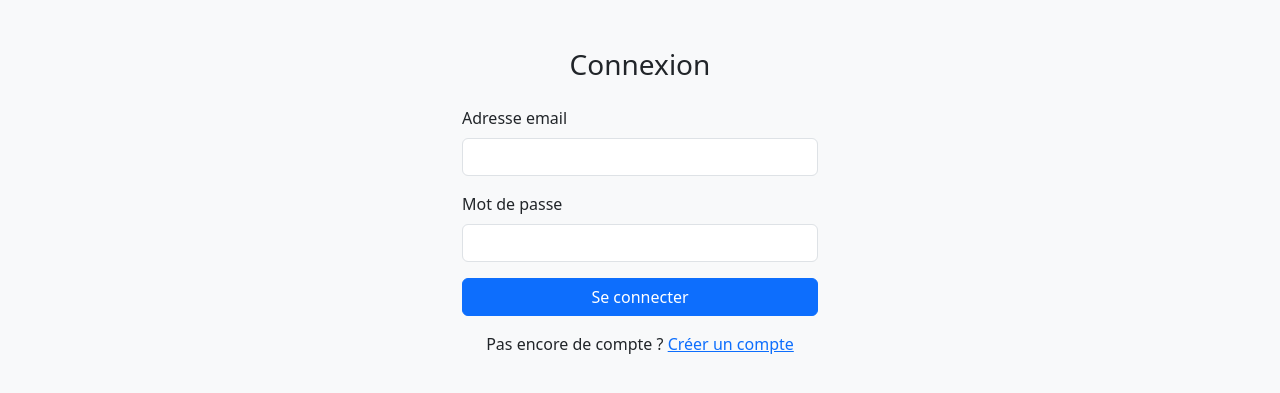
Repository: SaharGab/LocationsMaisons-JavaEE-VelvetEscape
Page: http://localhost/LocationMaisons/pages/login.jsp
The author's editor kept a copy of each file at every save. The page is drawn from the files as they stood at one save, then again after the next save.
The browser window is 1280 px wide. The pictures show the whole page.
The page is served by Tomcat 10.

Above is the page before, as saved 2025-04-23 18:35:46.

After the next save:
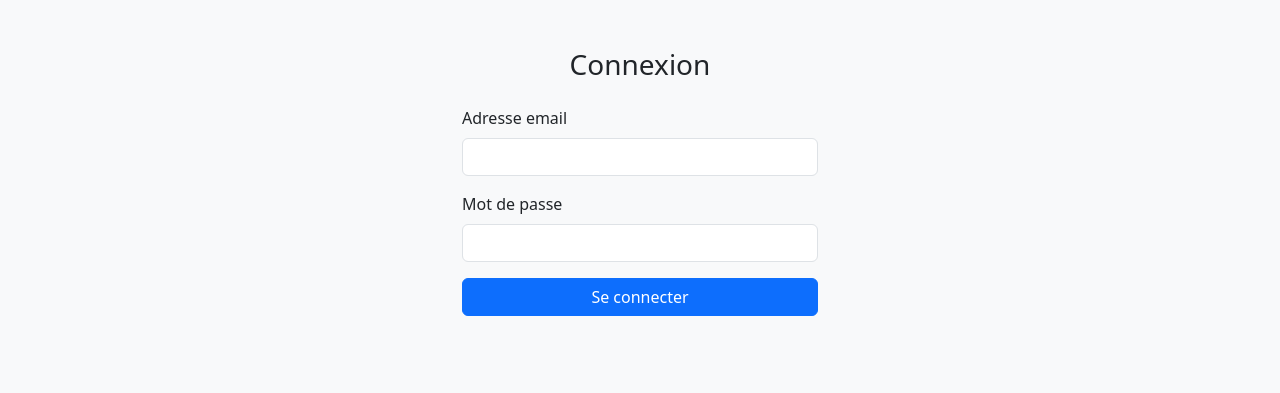
Saved 5 min 11 s later.
--- a/LocationMaisons/src/main/webapp/pages/login.jsp
+++ b/LocationMaisons/src/main/webapp/pages/login.jsp
@@ -4,7 +4,6 @@
 <head>
     <meta charset="UTF-8">
     <title>Connexion</title>
-    <!-- Bootstrap CDN -->
     <link href="https://cdn.jsdelivr.net/npm/bootstrap@5.3.0/dist/css/bootstrap.min.css" rel="stylesheet">
 </head>
 <body class="bg-light">
@@ -14,7 +13,7 @@
         <div class="col-md-4">
             <h3 class="text-center mb-4">Connexion</h3>
 
-            <form action="${pageContext.request.contextPath}/AuthServlet" method="post">
+            <form action="<%= request.getContextPath() %>/AuthServlet" method="post">
                 <div class="mb-3">
                     <label for="email" class="form-label">Adresse email</label>
                     <input type="email" class="form-control" id="email" name="username" required>
@@ -25,23 +24,4 @@
                     <input type="password" class="form-control" id="password" name="password" required>
                 </div>
 
-                <button type="submit" class="btn btn-primary w-100">Se connecter</button>
-            </form>
-
-            <% String message = (String) request.getAttribute("message");
-               if (message != null) { %>
-                <div class="alert alert-danger mt-3"><%= message %></div>
-            <% } %>
-
-            <div class="text-center mt-3">
-                <p>Pas encore de compte ?
-                    <a href="${pageContext.request.contextPath}/pages/register.jsp">Créer un compte</a>
-                </p>
-            </div>
-
-        </div>
-    </div>
-</div>
-
-</body>
-</html>
+                <button type="submit" class="btn btn-primary w-100">Se connecter
